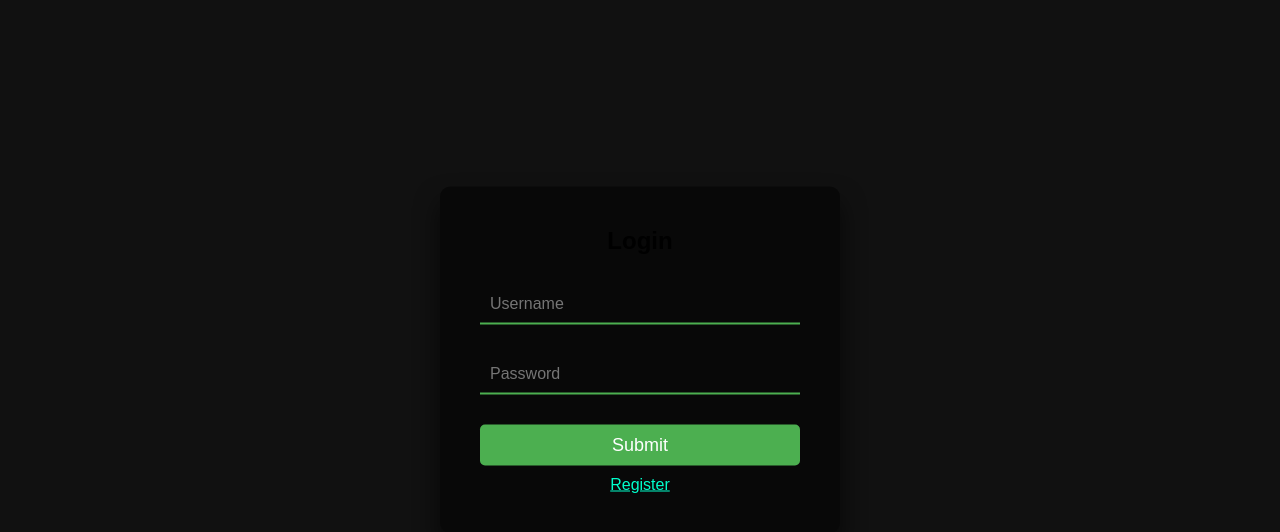
Repository: SRBshakib/Safe-Food---DBMS-project
Page: Organaization/login.html
An editor plug-in stored every save of this project. The page is shown before and after the next save, followed by the edit.
The browser window is 1280 px wide. The pictures show the whole page.

Above is the page before, as saved 2024-11-10 21:40:16.

After the next save:
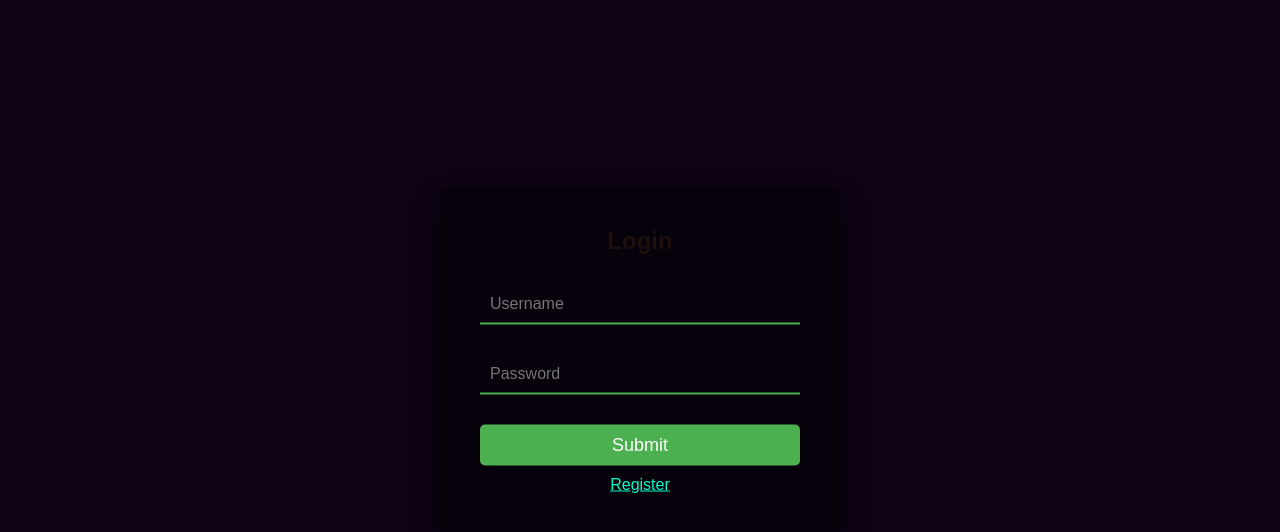
Saved 30 s later.
--- a/Organaization/style_login.css
+++ b/Organaization/style_login.css
@@ -12,8 +12,8 @@ body {
     justify-content: center;
     align-items: center;
     height: 100vh;
-    background-color: #111;
-    color: black;
+    background-color: #0d0314;
+    color: rgb(31, 15, 15);
 }
 
 .login-box {
